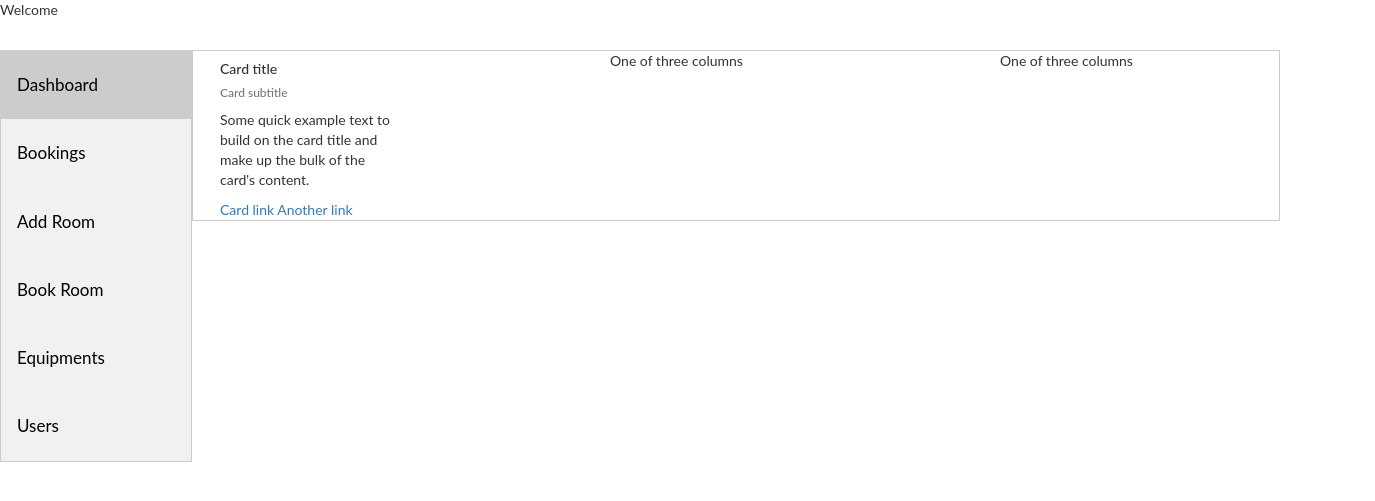
Repository: abhi608/visa_tutorial
Page: meetingroomapp/src/main/resources/static/dashboardView.html
An editor plug-in stored every save of this project. The page is shown before and after the next save, followed by the edit.
The browser window is 1280 px wide. The page is 1375 px wide, so the pictures cover 1375 px, including what lies to the right of the window. The pictures show the whole page.

Above is the page before, as saved 2018-08-07 07:29:27.

After the next save:
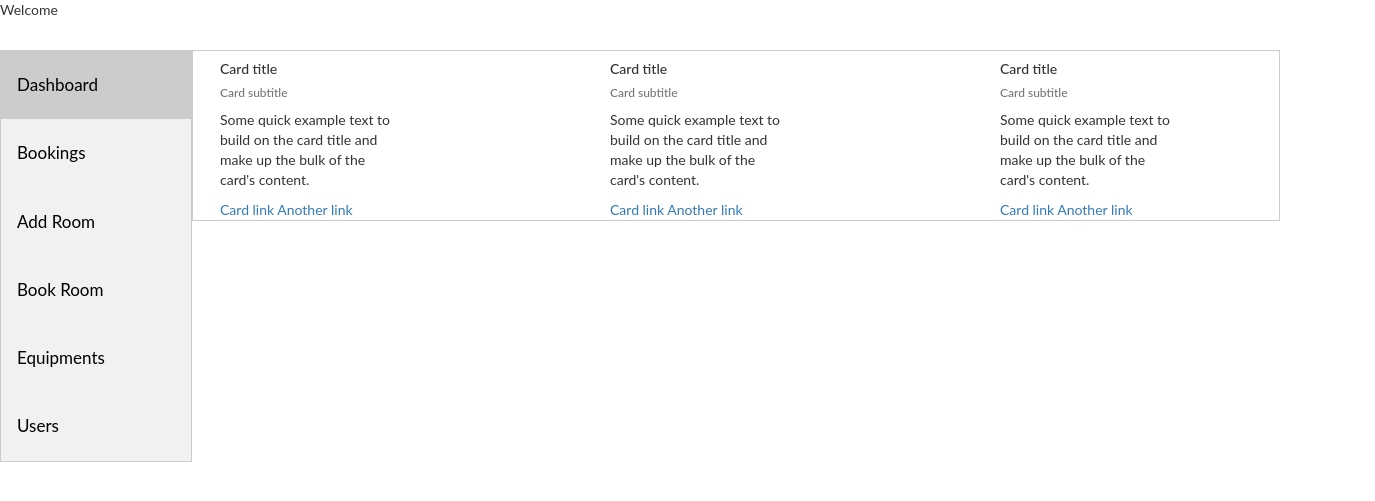
Saved 94 s later.
--- a/meetingroomapp/src/main/resources/static/dashboardView.html
+++ b/meetingroomapp/src/main/resources/static/dashboardView.html
@@ -74,20 +74,36 @@ body {font-family: "Lato", sans-serif;}
 	  <div class="row">
 	    <div class="col-sm-4">
 	      <div class="card" style="width: 18rem;">
-  <div class="card-body">
-    <h5 class="card-title">Card title</h5>
-    <h6 class="card-subtitle mb-2 text-muted">Card subtitle</h6>
-    <p class="card-text">Some quick example text to build on the card title and make up the bulk of the card's content.</p>
-    <a href="#" class="card-link">Card link</a>
-    <a href="#" class="card-link">Another link</a>
-  </div>
-</div>
+  			<div class="card-body">
+    			<h5 class="card-title">Card title</h5>
+    			<h6 class="card-subtitle mb-2 text-muted">Card subtitle</h6>
+    			<p class="card-text">Some quick example text to build on the card title and make up the bulk of the card's content.</p>
+    			<a href="#" class="card-link">Card link</a>
+    			<a href="#" class="card-link">Another link</a>
+  			</div>
+		  </div>
 	    </div>
 	    <div class="col-sm-4">
-	      One of three columns
+	      <div class="card" style="width: 18rem;">
+  			<div class="card-body">
+    			<h5 class="card-title">Card title</h5>
+    			<h6 class="card-subtitle mb-2 text-muted">Card subtitle</h6>
+    			<p class="card-text">Some quick example text to build on the card title and make up the bulk of the card's content.</p>
+    			<a href="#" class="card-link">Card link</a>
+    			<a href="#" class="card-link">Another link</a>
+  			</div>
+		  </div>
 	    </div>
 	    <div class="col-sm-4">
-	      One of three columns
+	      <div class="card" style="width: 18rem;">
+  			<div class="card-body">
+    			<h5 class="card-title">Card title</h5>
+    			<h6 class="card-subtitle mb-2 text-muted">Card subtitle</h6>
+    			<p class="card-text">Some quick example text to build on the card title and make up the bulk of the card's content.</p>
+    			<a href="#" class="card-link">Card link</a>
+    			<a href="#" class="card-link">Another link</a>
+  			</div>
+		  </div>
 	    </div>
 	  </div>
   </div>
